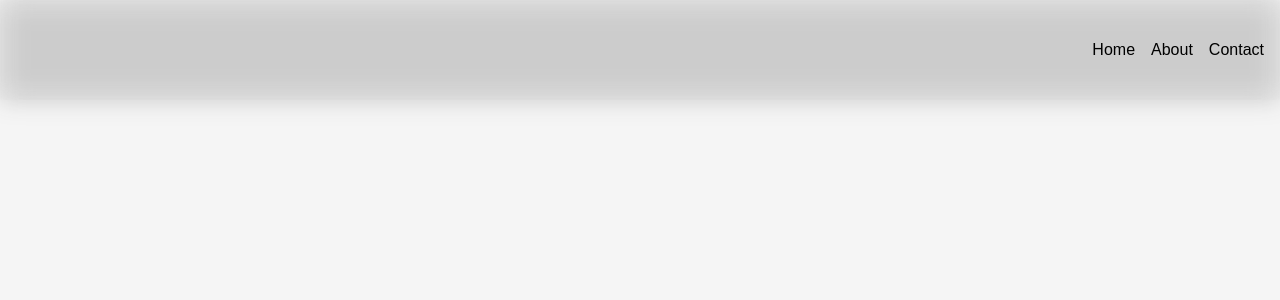
Repository: Iban-del/PortfolioV2
Page: /
An editor plug-in stored every save of this project. The page is shown before and after a run of saves, followed by the edit.
The browser window is 1280 px wide. The pictures show the whole page.
The project was rebuilt for these pictures with package versions that can differ from the ones it lists, and the page was loaded fresh each time. Also part of the build but not shown: vite.config.ts.

Above is the page before, as saved 2026-09-16 14:59:57.

After the next 2 saves:
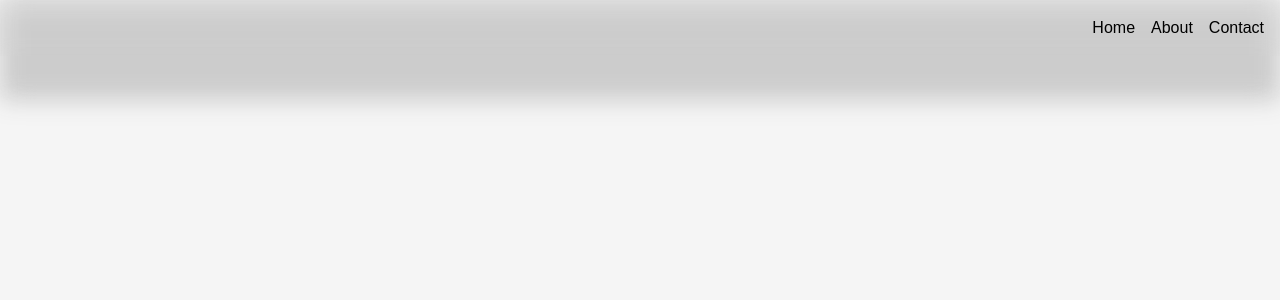
The 2 saves are shown as one change because they came seconds apart.
The last was saved 19 s later.
--- a/src/components/Nav.tsx
+++ b/src/components/Nav.tsx
@@ -72,7 +72,7 @@ const Nav = ({
         <>
 
             <div  ref={background} className="w-screen h-25 fixed blur-md bg-foreground/20 backdrop-blur-sm"></div>
-            <nav  ref={nav} className="bg-transparentc fixed w-screen backdrop-blur-sm p-4 h-25 flex items-center justify-between">
+            <nav  ref={nav} className="bg-transparentc fixed w-screen backdrop-blur-sm p-4 h- flex items-center justify-between">
                 <div>
                     {icon}
                 </div>
